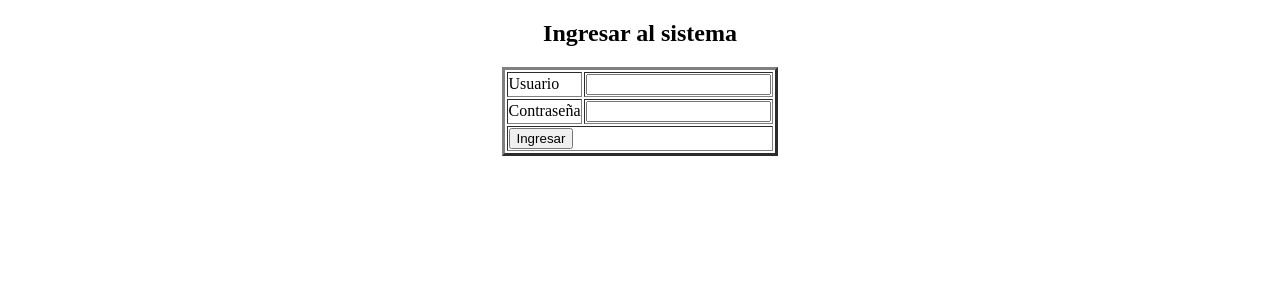
Repository: NayshaOCruz98/CL2ORTIZ
Page: http://localhost/LPII_CL2_ORTIZCRUZNAYSHA/
The author's editor kept a copy of each file at every save. The page is drawn from the files as they stood at one save, then again after the next save.
The browser window is 1280 px wide. The pictures show the whole page.
The page is served by Tomcat 9.

Above is the page before, as saved 2023-10-24 19:35:49.

After the next save:
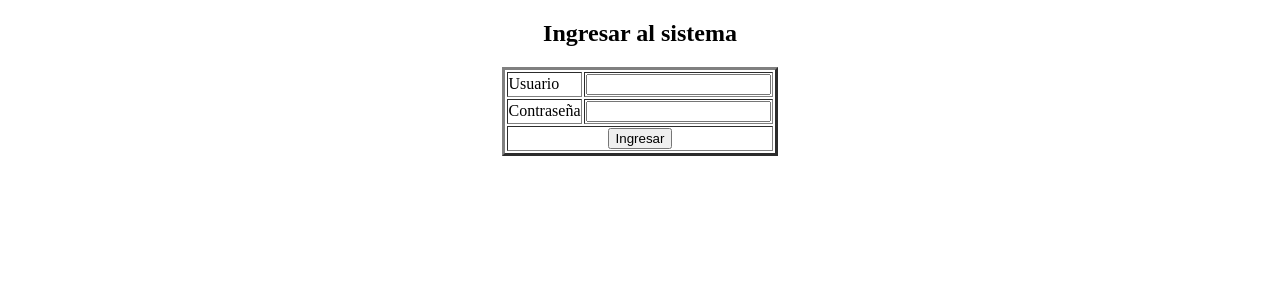
Saved 19 s later.
--- a/LPII_CL2_ORTIZCRUZNAYSHA/src/main/webapp/index.jsp
+++ b/LPII_CL2_ORTIZCRUZNAYSHA/src/main/webapp/index.jsp
@@ -22,8 +22,8 @@
 <td><input type="text" name="usuario"></td>
 </tr>
 <tr>
-<td colspan="2">
-<a href="ControladorServletprod" align="center"> <button>Ingresar</button></a></td>
+<td colspan="2" align="center">
+<a href="ControladorServletprod" > <button>Ingresar</button></a></td>
 </td>
 </tr>
 
